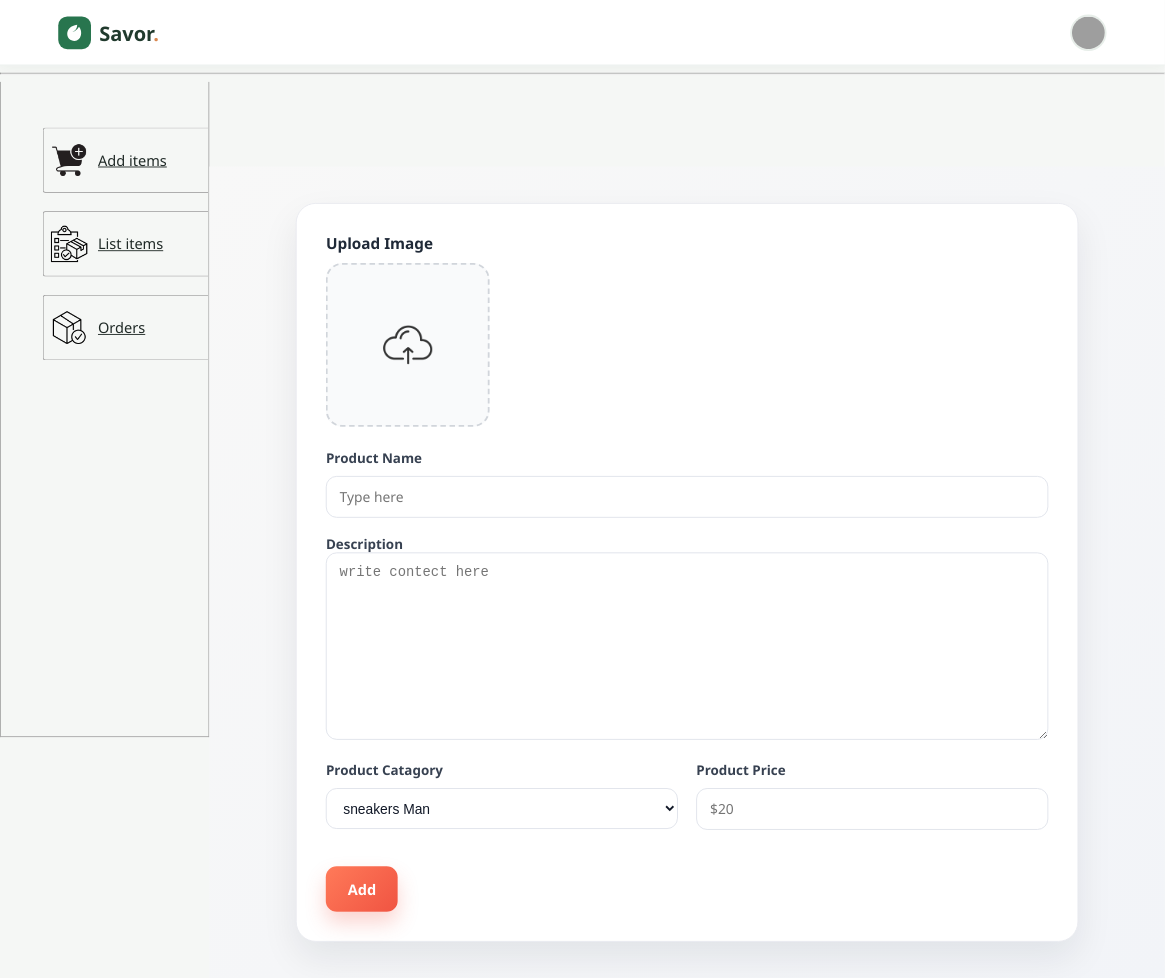
Repository: prince44991/Ecommerce-Project-Full-Stack
Page: /Additem (app in admin/my-react-app/)
The author's editor kept a copy of each file at every save. The page is drawn from the files as they stood at one save, then again after the next save.
The browser window is 1280 px wide. The pictures show the whole page, at 91% of full size.
Pictures or frames that could not be fetched are drawn as grey boxes. The project was rebuilt for these pictures with package versions that can differ from the ones it lists, and the page was loaded fresh each time. Also part of the build but not shown: admin/my-react-app/vite.config.js, admin/my-react-app/src/pages/Order/Order.jsx, admin/my-react-app/src/pages/List/List.jsx.

Above is the page before, as saved 2026-09-29 21:20:26.

After the next save:
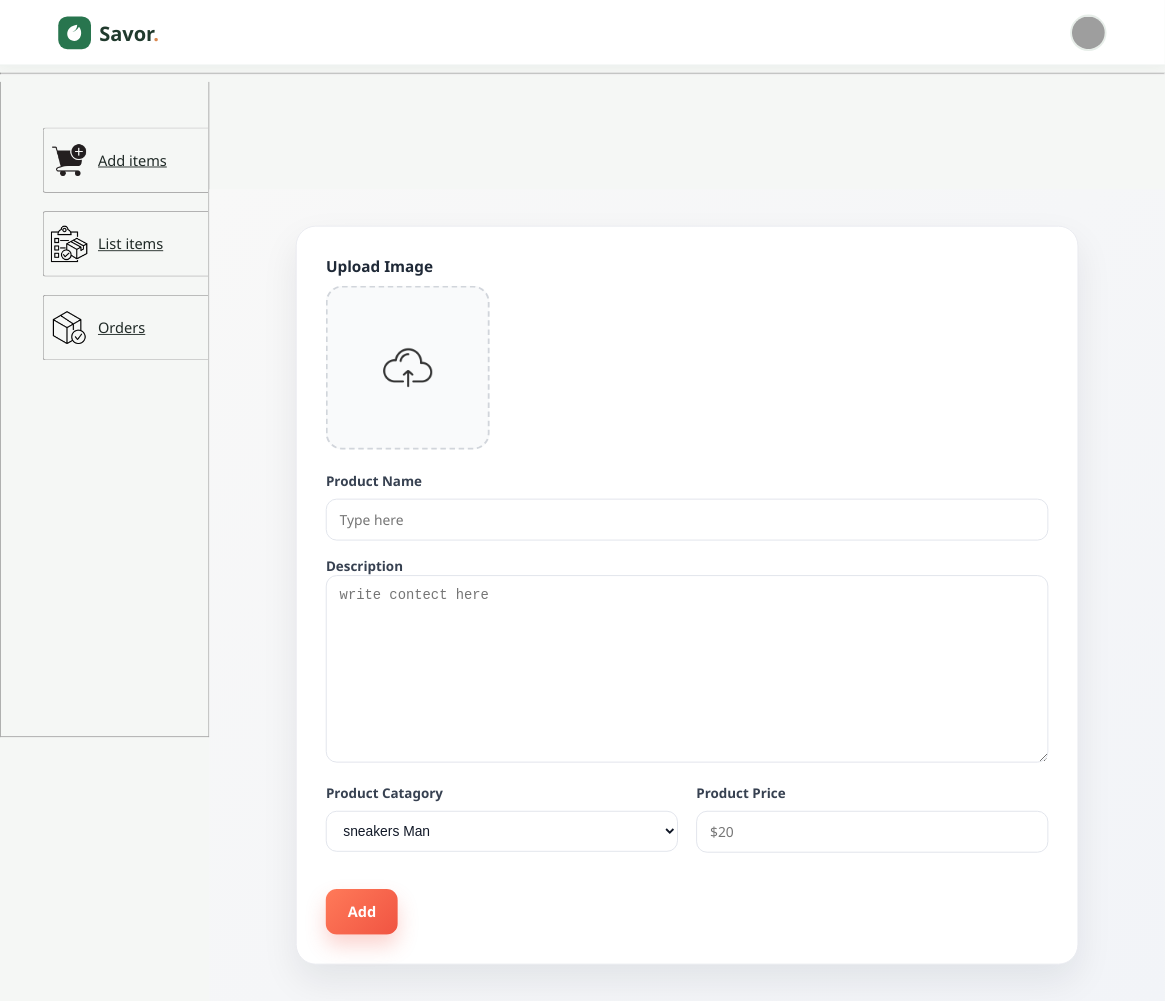
Saved 5 s later.
--- a/admin/my-react-app/src/pages/Add/Add.css
+++ b/admin/my-react-app/src/pages/Add/Add.css
@@ -5,7 +5,7 @@
   padding: 40px 20px;
   background: linear-gradient(135deg, #f8f8f8 0%, #f2f4f8 100%);
   min-height: calc(100vh - 80px);
-  margin-top:-49vw;
+  margin-top:-47vw;
   margin-left: 18vw;
 }
 
